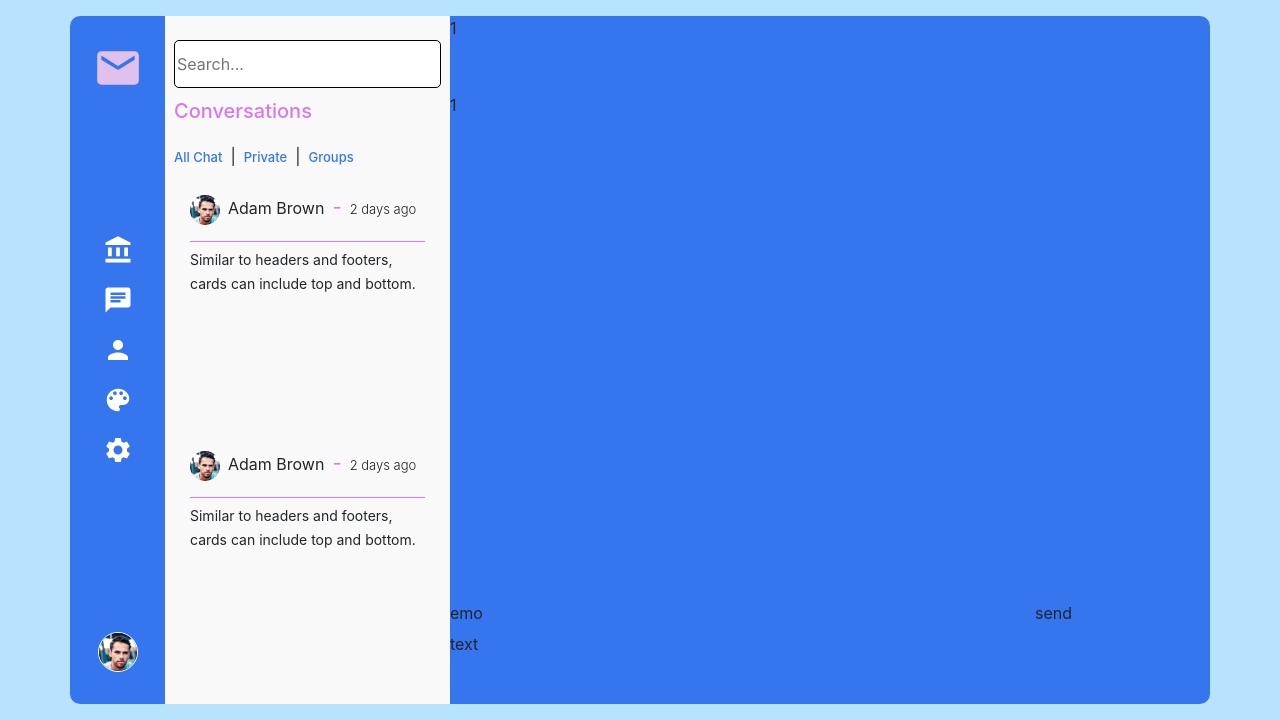
Repository: arafat877/super-chat
Page: /
An editor plug-in stored every save of this project. The page is shown before and after the next save, followed by the edit.
The browser window is 1280 px wide. The pictures show the whole page.
The project was rebuilt for these pictures with package versions that can differ from the ones it lists, and the page was loaded fresh each time.

Above is the page before, as saved 2020-08-06 23:39:08.

After the next save:
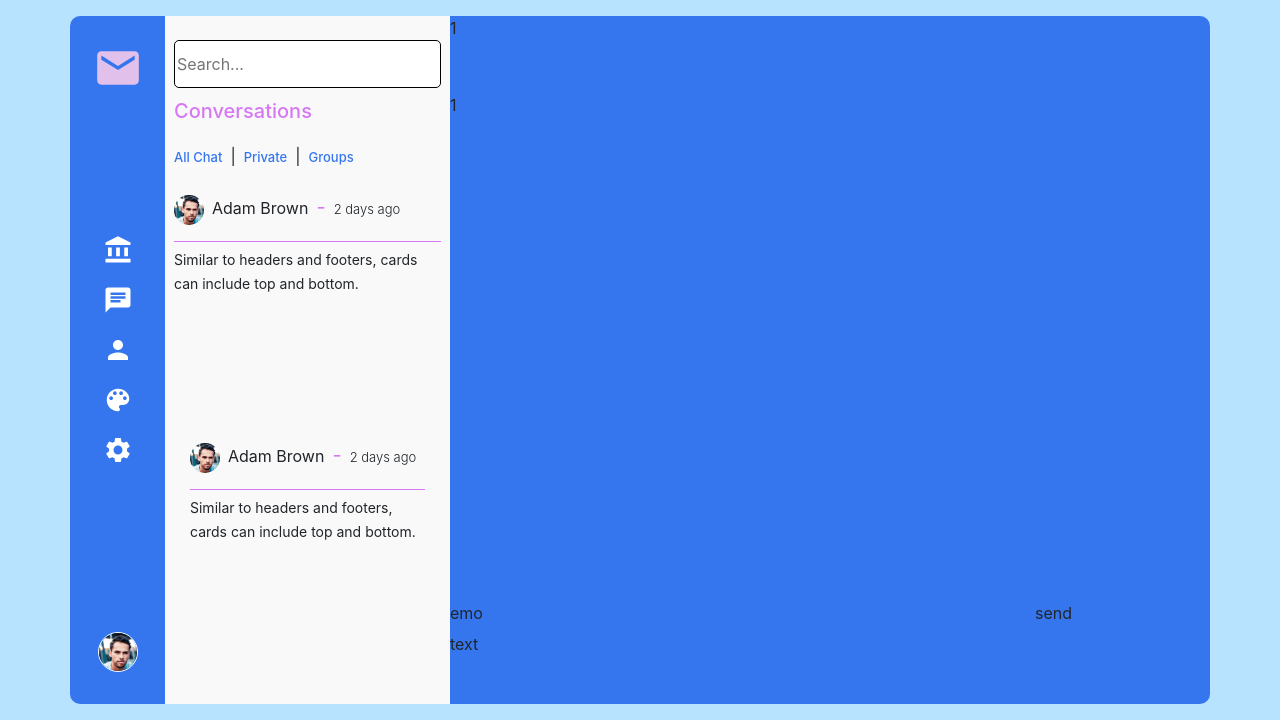
Saved 15 s later.
--- a/src/App.js
+++ b/src/App.js
@@ -69,7 +69,7 @@ function App() {
               </ul>
             </div>
             <div className="row groupsRow">
-              <div className="convCard p-3">
+              <div className="convCard pt-3">
                 <img
                   className="userProfilePicture"
                   src={require("./assets/m1.jpeg")}
